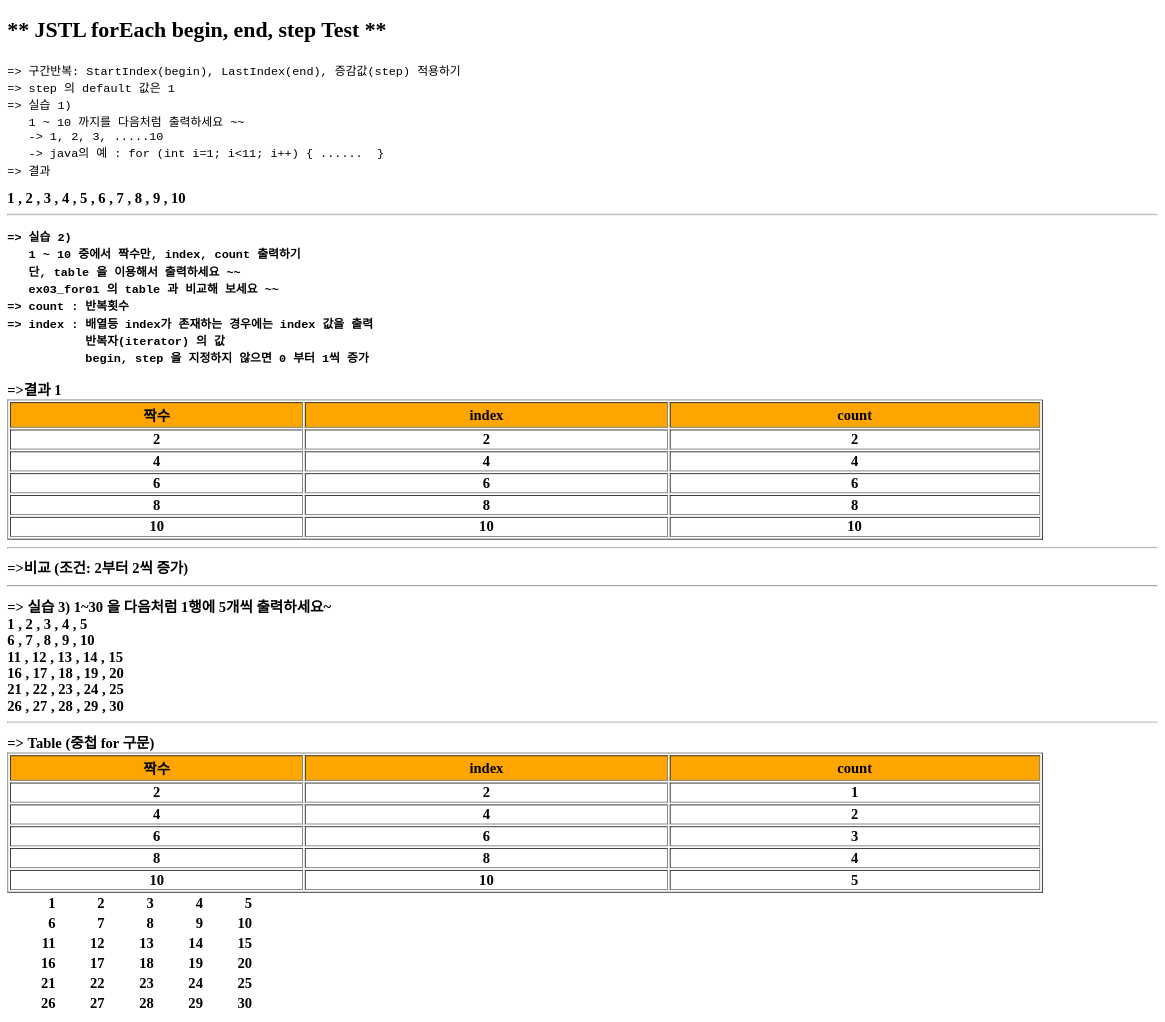
Repository: nameground/Java
Page: http://localhost/Web01/jsp05_JSTL/ex03_for02.jsp
These files come from the project's save history. The page is drawn as it stood at one moment and after the next save; the edit follows.
The browser window is 1280 px wide. The pictures show the whole page, at 91% of full size.
The page is served by Tomcat 9. Nobody is signed in. The application's start-up code is not run. Other server files are loaded and not shown.

Above is the page before, as saved 2023-10-13 09:08:51.

### mTest/Mywork/Web01/src/main/webapp/jsp05_JSTL/ex03_for02.jsp
<%@ page language="java" contentType="text/html; charset=UTF-8"
    pageEncoding="UTF-8"%>
<%@ taglib uri="http://java.sun.com/jsp/jstl/core" prefix="c"%>
<!DOCTYPE html>
<html>
<head>
<meta charset="UTF-8">
<title>JSTL forEach begin, end, step Test</title>
</head>
<body>
<h2>** JSTL forEach begin, end, step Test **</h2>
<pre>
=> 구간반복: StartIndex(begin), LastIndex(end), 증감값(step) 적용하기
=> step 의 default 값은 1
=> 실습 1)
   1 ~ 10 까지를 다음처럼 출력하세요 ~~
   -> 1, 2, 3, .....10
   -> java의 예 : for (int i=1; i<11; i++) { ......  }
=> 결과
</pre>
<b>
<c:forEach var="i" begin="1" end="10" step="1" varStatus="vs">
	 ${i}
	 ${vs.last ? "" : ","}
</c:forEach>


<hr><pre>
=> 실습 2)
   1 ~ 10 중에서 짝수만, index, count 출력하기
   단, table 을 이용해서 출력하세요 ~~
   ex03_for01 의 table 과 비교해 보세요 ~~
=> count : 반복횟수
=> index : 배열등 index가 존재하는 경우에는 index 값을 출력
           반복자(iterator) 의 값
           begin, step 을 지정하지 않으면 0 부터 1씩 증가
</pre>
=>결과 1<br>
<table border="1" style="text-align:center; width:90%;">
	<tr style="background-color:orange;">
		<th>짝수</th>
		<th>index</th>
		<th>count</th>
	</tr>
	<c:forEach var="i" begin="1" end="10" step="1" varStatus="vs">
		<c:if test="${i % 2 == 0 }">
			<tr>
				<td>${i}</td>
				<td>${vs.index}</td>
				<td>${vs.count}</td>
			</tr>
		</c:if>
	</c:forEach>
</table>

<hr>
=>비교 (조건: 2부터 2씩 증가)
<table border="1" style="text-align:center; width:90%;">
	<tr style="background-color:orange;">
		<th>짝수</th>
		<th>index</th>
		<th>count</th>
	</tr>
	<c:forEach var="i" begin="2" end="10" step="2" varStatus="vs">
		<tr>
			<td>${i}</td>
			<td>${vs.index}</td>
			<td>${vs.count}</td>
		</tr>
	</c:forEach>

<hr>
=> 실습 3) 1~30 을 다음처럼 1행에 5개씩 출력하세요~<br>
<!--
1,2,3,4,5
6,7,8,9,10
11,12,13,14,15
...
............30 -->

<c:forEach var="i" begin="1" end="30" >
   ${i}
<%--  <c:if test="${i%5!=0}">,</c:if>
      <c:if test="${i%5==0}"><br></c:if> --%>
   ${i%5==0 ? "<br>" : ","}
</c:forEach>
<hr>
=> Table (중첩 for 구문)<br>
<table>
   <c:forEach var="i" begin="1" end="26" step="5" >
   <tr align="right">
      <c:forEach var="j" begin="${i}" end="${i+4}" step="1">
         <td width="50">${j}</td>
      </c:forEach>
   </tr>
   </c:forEach>
</table>

</body>
</html>

After the next save:
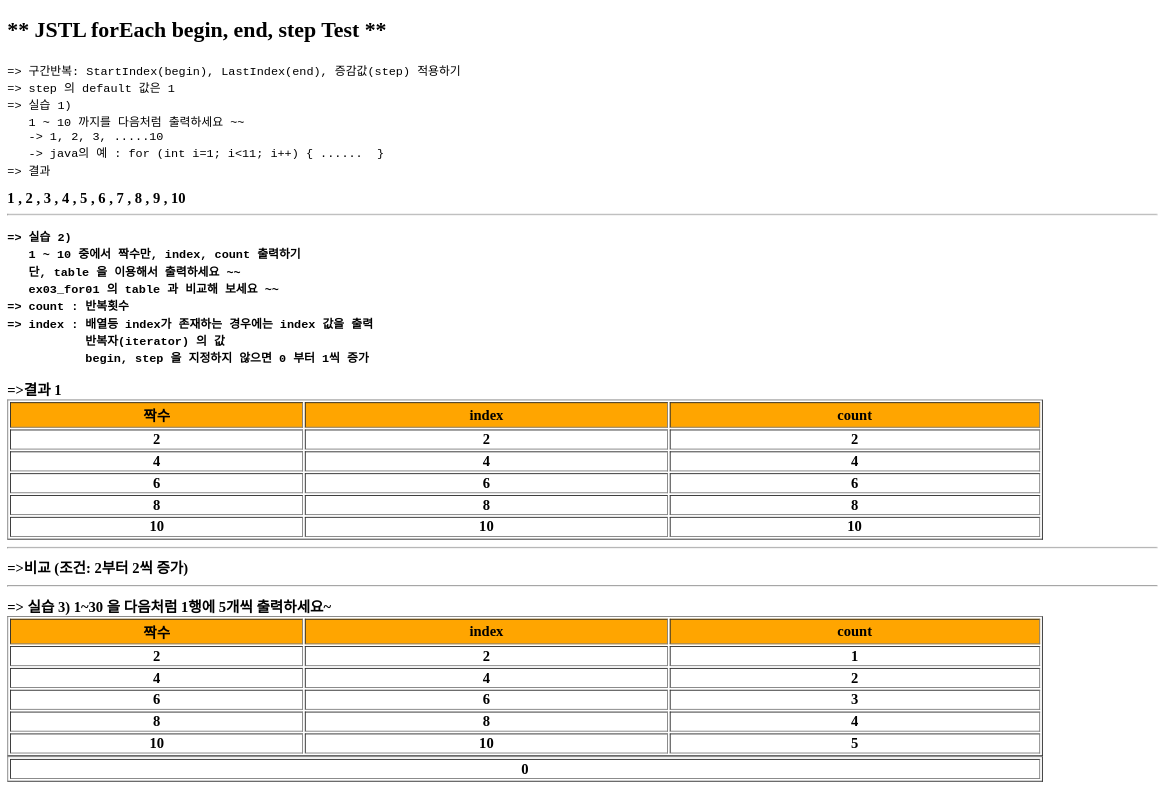
Saved 5 s later.
--- a/mTest/Mywork/Web01/src/main/webapp/jsp05_JSTL/ex03_for02.jsp
+++ b/mTest/Mywork/Web01/src/main/webapp/jsp05_JSTL/ex03_for02.jsp
@@ -78,22 +78,12 @@
 ...
 ............30 -->
 
-<c:forEach var="i" begin="1" end="30" >
-   ${i}
-<%--  <c:if test="${i%5!=0}">,</c:if>
-      <c:if test="${i%5==0}"><br></c:if> --%>
-   ${i%5==0 ? "<br>" : ","}
-</c:forEach>
-<hr>
-=> Table (중첩 for 구문)<br>
-<table>
-   <c:forEach var="i" begin="1" end="26" step="5" >
-   <tr align="right">
-      <c:forEach var="j" begin="${i}" end="${i+4}" step="1">
-         <td width="50">${j}</td>
-      </c:forEach>
-   </tr>
-   </c:forEach>
+<table border="1" style="text-align:center; width:90%;">
+	<c:forEach var="i" begin="${i}" end="${i+4}" step="5" >
+	<tr>
+		<th>${i}</th>
+	</tr>
+	</c:forEach>
 </table>
 
 </body>
